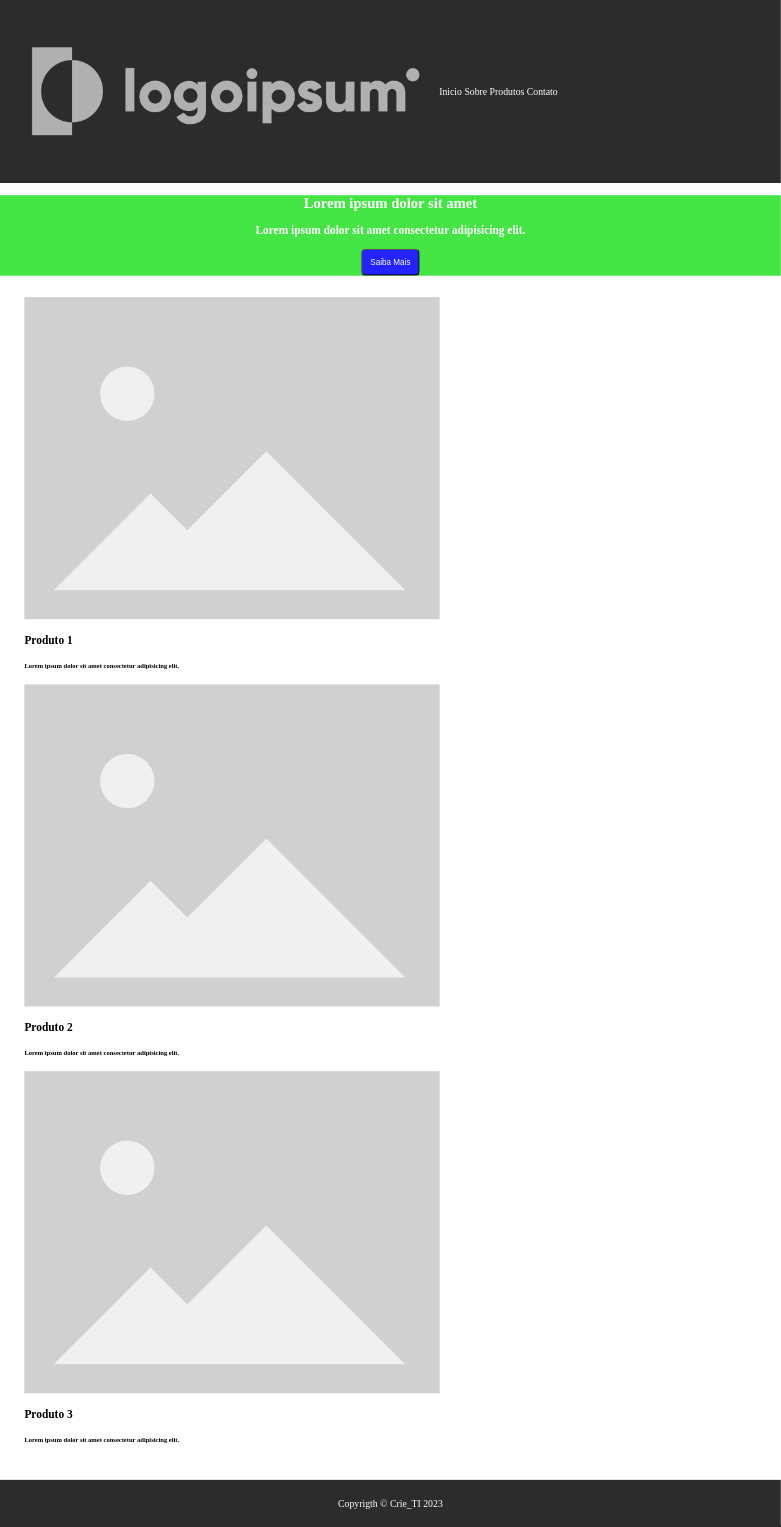
Repository: robsonwssantos/Projeto_Olaria
Page: Exercicios/ex.01/index.html
An editor plug-in stored every save of this project. The page is shown before and after the next save, followed by the edit.
The browser window is 1280 px wide. The pictures show the whole page, at 61% of full size.

Above is the page before, as saved 2023-04-21 11:02:24.

### Exercicios/ex.01/index.html
<!DOCTYPE html>
<html lang="pt-BR">
<head>
    <meta charset="UTF-8">
    <meta http-equiv="X-UA-Compatible" content="IE=edge">
    <meta name="viewport" content="width=device-width, initial-scale=1.0">
    <title>Desafio HTML-CSS</title>

    <style>
        body {
            margin: 0;
        }

        nav {
            color: #fff;
            background-color: rgb(44, 44, 44);
        }

        .lorem {
            color: #fff;
            background-color: rgb(68, 228, 68);
            text-align: center;
        }

        .botao {
            color: #fff;
            background-color: rgb(35, 35, 255);
            border-radius: 7px;
            padding: 1%;
        }


        header {
            display: flex;
            align-items: center;
            background-color: rgb(44, 44, 44);
            color: #fff;
            padding-left: 20px;
            padding-right: 20px;
            box-sizing: border-box;
          /*  width: 100%;
            position: absolute;
            position: fixed;
            top: 0; */
        }

        .container {

                padding-top:35px;
                padding-bottom: 35px;
                padding-left: 40px;
                padding-right: 40px;
        }


        footer {
            text-align: center;
            padding-top: 30px;
            padding-bottom: 30px;
            background-color: rgb(44, 44, 44);
            color: #fff;
        }

    </style>

</head>
<body>
    <header>

        <img src="logo.png" alt="">
        <nav>
            <a>Inicio</a>
            <a>Sobre</a>
            <a>Produtos</a>
            <a>Contato</a>
        </nav>

    </header>
   <main>
        <section class="lorem">
            <div>
                <h1>Lorem ipsum dolor sit amet</h1>
                <h3>Lorem ipsum dolor sit amet consectetur adipisicing elit.</h3>
                <button class="botao">Saiba Mais</button>
            </div>
        </section>

        <section class="container" class="row">
            <div class="colum">
                <img src="placeholder.png" alt="">
                <h3>Produto 1</h3>
                <h6>Lorem ipsum dolor sit amet consectetur adipisicing elit.</h6>
            </div>
            <div class="colum">
                <img src="placeholder.png" alt="">
                <h3>Produto 2</h3>
                <h6>Lorem ipsum dolor sit amet consectetur adipisicing elit.</h6>
            </div>
            <div class="colum">
                <img src="placeholder.png" alt="">
                <h3>Produto 3</h3>
                <h6>Lorem ipsum dolor sit amet consectetur adipisicing elit.</h6>
            </div>
        </section>
   </main>

    <footer>
        Copyrigth © Crie_TI 2023
    </footer>
</body>
</html>

After the next save:
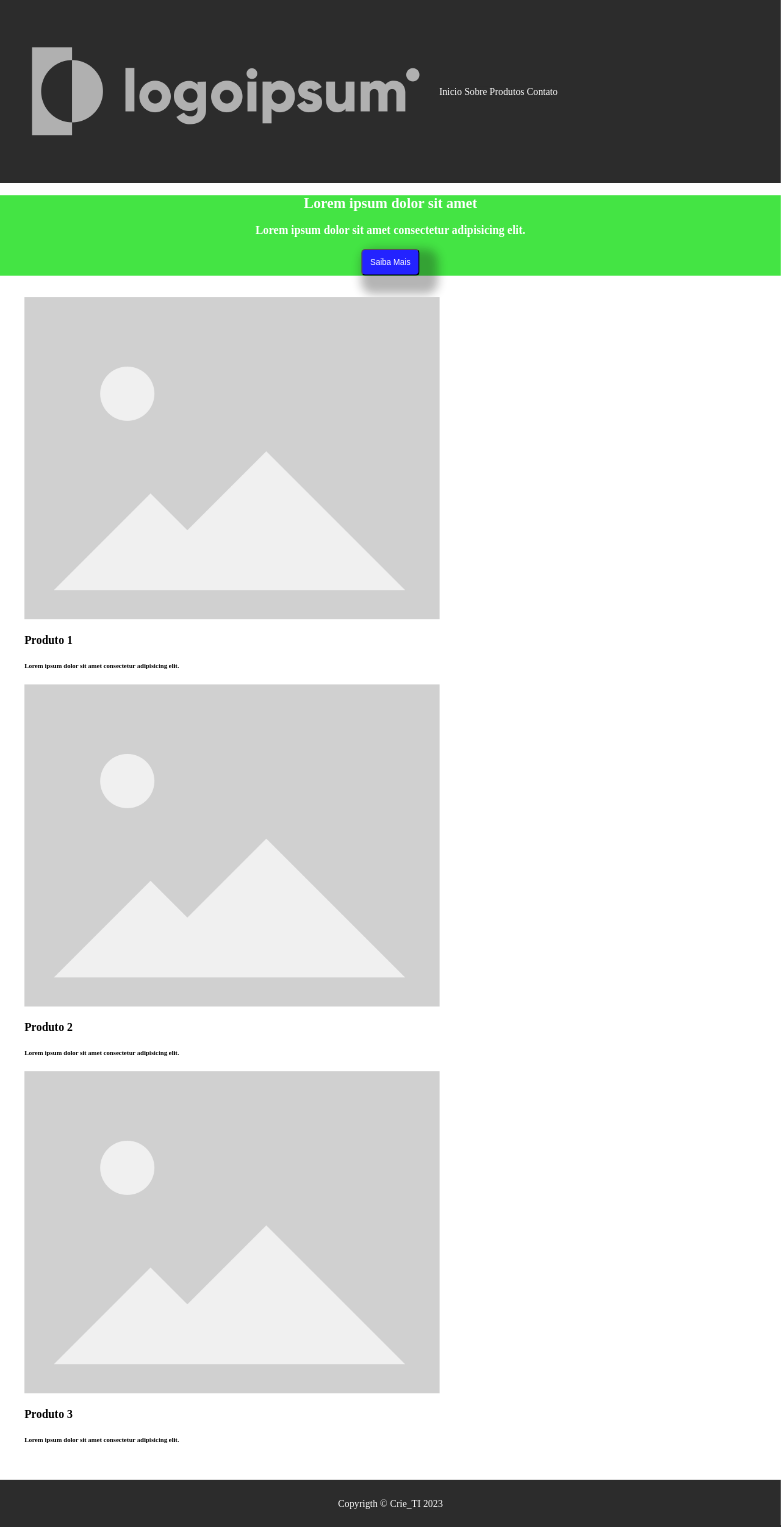
Saved 67 s later.
--- a/Exercicios/ex.01/index.html
+++ b/Exercicios/ex.01/index.html
@@ -27,6 +27,7 @@
             background-color: rgb(35, 35, 255);
             border-radius: 7px;
             padding: 1%;
+            box-shadow: 15px 15px 15px 15px rgba(19, 18, 18, 0.315);
         }
 
 
